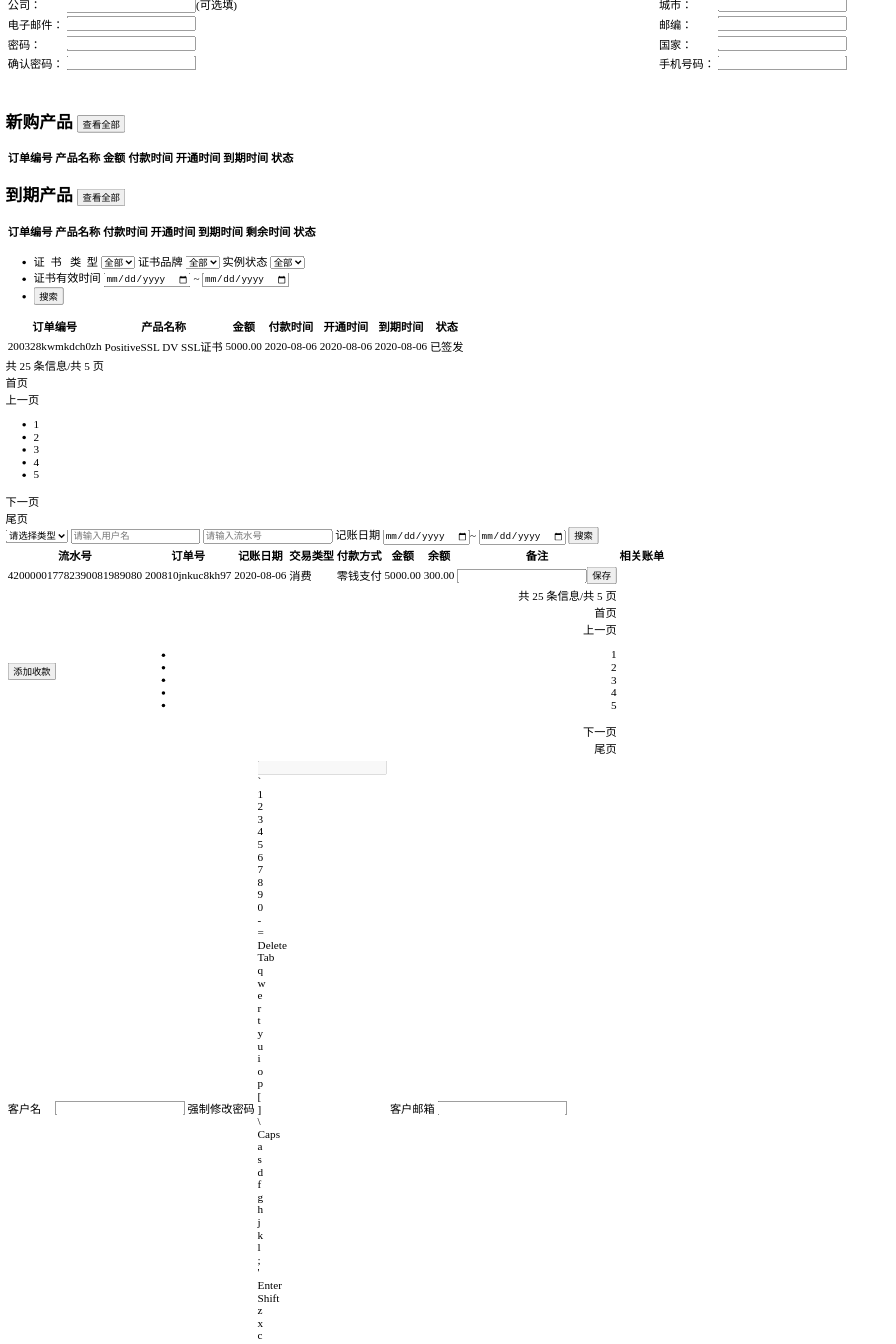
Repository: wangyan466393/racentSystem
Page: customerData.html
The author's editor kept a copy of each file at every save. The page is drawn from the files as they stood at one save, then again after the next save.
The browser window is 1280 px wide. The pictures show the part of the page from y = 1288 to 3208 px (the page is 3483 px tall), at 70% of full size.

Above is the page before, as saved 2020-08-13 17:46:27.

After the next save:
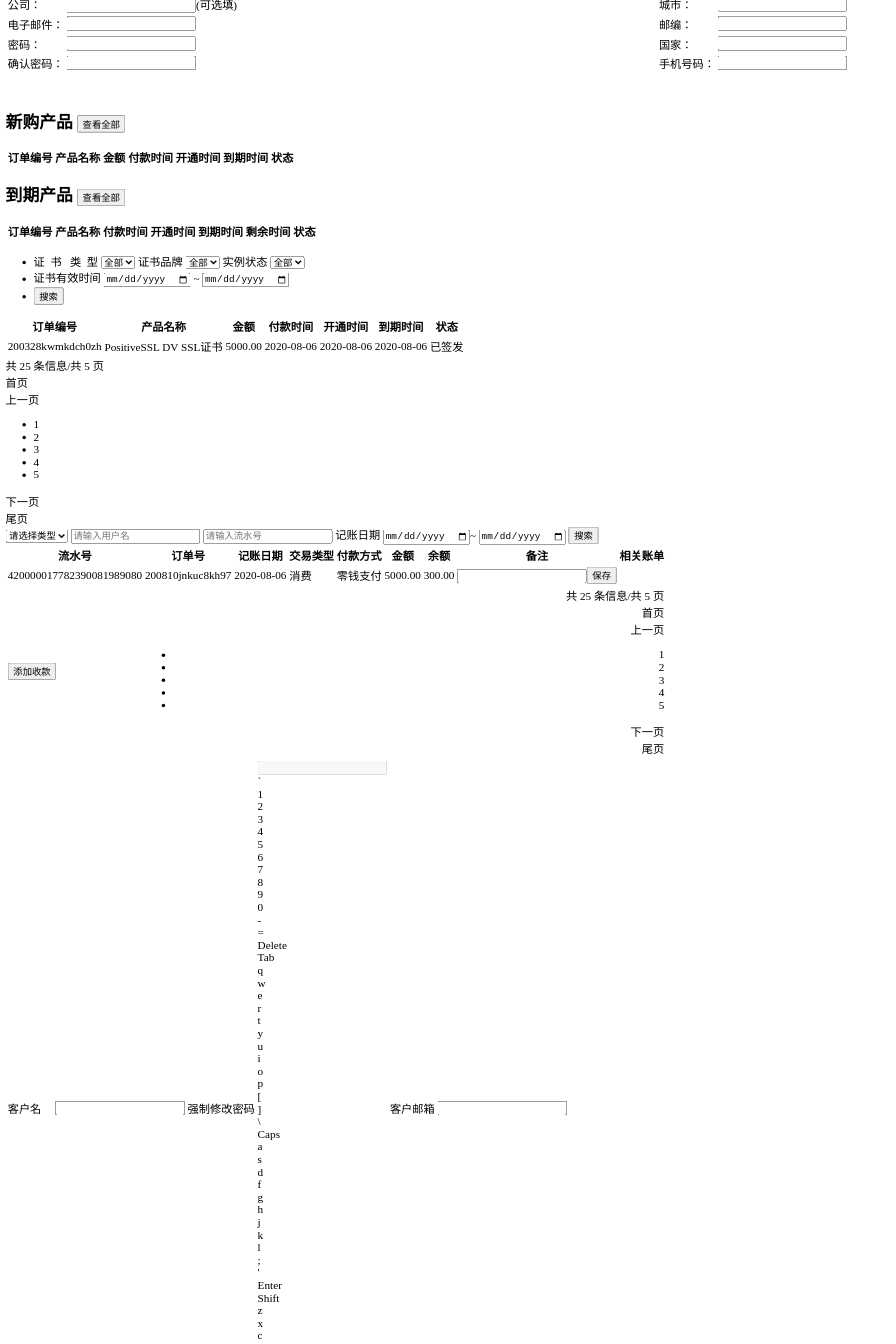
Saved 11 s later.
--- a/customerData.html
+++ b/customerData.html
@@ -425,7 +425,7 @@
                             <td align="left" >
                                 <button type="button">添加收款</button>
                             </td>
-                            <td colspan="7" align="right">
+                            <td colspan="8" align="right">
                                 <div class="page">
 
                                 </div>
